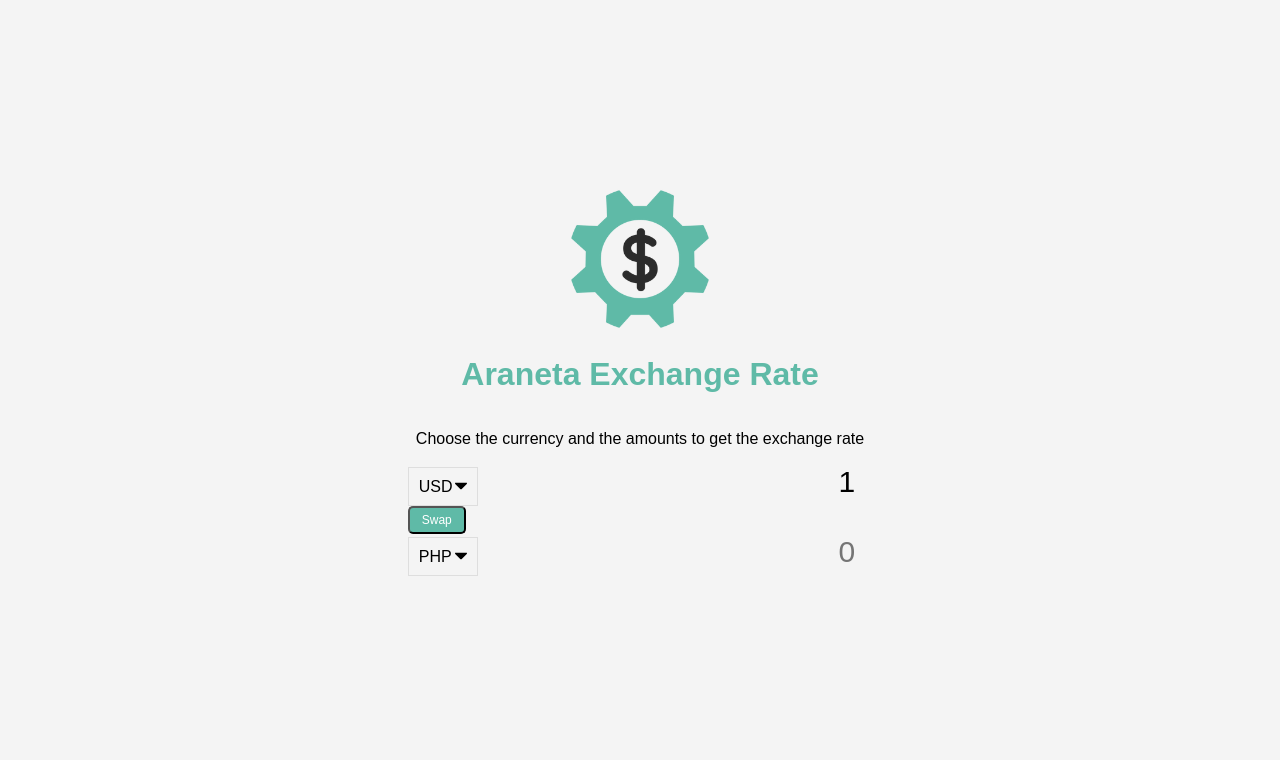
Repository: kenneth1175/ExchangeRateCalculator
Page: index.html
These files come from the project's save history. The page is drawn as it stood at one moment and after the next save; the edit follows.
The browser window is 1280 px wide. The pictures show the whole page.
The page's requests for data from a server got no answer.

Above is the page before, as saved 2025-10-04 23:37:06.

### index.html
<!DOCTYPE html>
<html lang="en">
  <head>
    <meta charset="UTF-8" />
    <meta name="viewport" content="width=device-width, initial-scale=1.0" />
    <title>Araneta Exchange Rate Calculator</title>
    <link rel="stylesheet" href="style.css" />
  </head>
  <body>
    <img src="./img/money.png" alt="logo" class="money-img" />
    <h1>Araneta Exchange Rate</h1>
    <p>Choose the currency and the amounts to get the exchange rate</p>

    <div class="container">
      <div class="currency">
        <select id="currency-one">
          <option value="AED">AED</option>
          <option value="ARS">ARS</option>
          <option value="AUD">AUD</option>
          <option value="BGN">BGN</option>
          <option value="BRL">BRL</option>
          <option value="BSD">BSD</option>
          <option value="CAD">CAD</option>
          <option value="CHF">CHF</option>
          <option value="CLP">CLP</option>
          <option value="CNY">CNY</option>
          <option value="COP">COP</option>
          <option value="CZK">CZK</option>
          <option value="DKK">DKK</option>
          <option value="DOP">DOP</option>
          <option value="EGP">EGP</option>
          <option value="EUR">EUR</option>
          <option value="FJD">FJD</option>
          <option value="GBP">GBP</option>
          <option value="GTQ">GTQ</option>
          <option value="HKD">HKD</option>
          <option value="HRK">HRK</option>
          <option value="HUF">HUF</option>
          <option value="IDR">IDR</option>
          <option value="ILS">ILS</option>
          <option value="INR">INR</option>
          <option value="ISK">ISK</option>
          <option value="JPY">JPY</option>
          <option value="KRW">KRW</option>
          <option value="KZT">KZT</option>
          <option value="MXN">MXN</option>
          <option value="MYR">MYR</option>
          <option value="NOK">NOK</option>
          <option value="NZD">NZD</option>
          <option value="PAB">PAB</option>
          <option value="PEN">PEN</option>
          <option value="PHP">PHP</option>
          <option value="PKR">PKR</option>
          <option value="PLN">PLN</option>
          <option value="PYG">PYG</option>
          <option value="RON">RON</option>
          <option value="RUB">RUB</option>
          <option value="SAR">SAR</option>
          <option value="SEK">SEK</option>
          <option value="SGD">SGD</option>
          <option value="THB">THB</option>
          <option value="TRY">TRY</option>
          <option value="TWD">TWD</option>
          <option value="UAH">UAH</option>
          <option value="USD" selected>USD</option>
          <option value="UYU">UYU</option>
          <option value="VND">VND</option>
          <option value="ZAR">ZAR</option>
        </select>
        <input type="number" id="amount-one" placeholder="0" value="1" />
      </div>

      <div class="swap-rate-container">
        <button class="btn" id="swap">Swap</button>
        <div class="rate" id="rate"></div>
      </div>

      <div class="currency">
        <select id="currency-two">
          <option value="AED">AED</option>
          <option value="ARS">ARS</option>
          <option value="AUD">AUD</option>
          <option value="BGN">BGN</option>
          <option value="BRL">BRL</option>
          <option value="BSD">BSD</option>
          <option value="CAD">CAD</option>
          <option value="CHF">CHF</option>
          <option value="CLP">CLP</option>
          <option value="CNY">CNY</option>
          <option value="COP">COP</option>
          <option value="CZK">CZK</option>
          <option value="DKK">DKK</option>
          <option value="DOP">DOP</option>
          <option value="EGP">EGP</option>
          <option value="EUR">EUR</option>
          <option value="FJD">FJD</option>
          <option value="GBP">GBP</option>
          <option value="GTQ">GTQ</option>
          <option value="HKD">HKD</option>
          <option value="HRK">HRK</option>
          <option value="HUF">HUF</option>
          <option value="IDR">IDR</option>
          <option value="ILS">ILS</option>
          <option value="INR">INR</option>
          <option value="ISK">ISK</option>
          <option value="JPY">JPY</option>
          <option value="KRW">KRW</option>
          <option value="KZT">KZT</option>
          <option value="MXN">MXN</option>
          <option value="MYR">MYR</option>
          <option value="NOK">NOK</option>
          <option value="NZD">NZD</option>
          <option value="PAB">PAB</option>
          <option value="PEN">PEN</option>
          <option value="PHP" selected>PHP</option>
          <option value="PKR">PKR</option>
          <option value="PLN">PLN</option>
          <option value="PYG">PYG</option>
          <option value="RON">RON</option>
          <option value="RUB">RUB</option>
          <option value="SAR">SAR</option>
          <option value="SEK">SEK</option>
          <option value="SGD">SGD</option>
          <option value="THB">THB</option>
          <option value="TRY">TRY</option>
          <option value="TWD">TWD</option>
          <option value="UAH">UAH</option>
          <option value="USD">USD</option>
          <option value="UYU">UYU</option>
          <option value="VND">VND</option>
          <option value="ZAR">ZAR</option>
        </select>
        <input type="number" id="amount-two" placeholder="0" />
      </div>
    <script src="script.js"></script>
  </body>
</html>

### style.css
/* Universal Code For The Color */

:root {
  --primary-color: #5fbaa7;
}

/* *********************************************** */
 {
  box-sizing: border-box;
}

body {
  background-color: #f4f4f4;
  font-family: Arial, Helvetica, sans-serif;
  display: flex;
  flex-direction: column;
  align-items: center;
  justify-content: center;
  height: 100vh;
  margin: 0;
  padding: 20px;
}

h1 {
  color: var(--primary-color);
}

p {
  text-align: center;
}

.btn {
  color: #fff;
  background: var(--primary-color);
  cursor: pointer;
  border-radius: 5px;
  font-size: 12px;
  padding: 5px 12px;
}

.money-img {
  width: 150px;
}
*/ .currency {
  padding: 40px 0;
  display: flex;
  align-items: center;
  justify-content: space-between;
}

.currency select {
  padding: 10px 20px 10px 10px;
  -moz-appearance: none;
  -webkit-appearance: none;
  appearance: none;
  border: 1px solid #dedede;
  font-size: 16px;
  background: transparent;
  background-image: url("data:[embedded picture, 475 characters]");
  background-position: right 10px top 50%, 0, 0;
  background-size: 12px auto, 100%;
  background-repeat: no-repeat;
}

.currency input {
  border: 0;
  background: transparent;
  font-size: 30px;
  text-align: right;
}

.swap-rate-container {
  display: flex;
  align-items: center;
  justify-content: space-between;
}

.rate {
  color: var(--primary-color);
  font-size: 14px;
  padding: 0 10px;
}
*/ Gets rid of outline on buttons */ select:focus,
input:focus,
button:focus {
  outline: 0;
}

@media (max-width: 600px) {
  .currency input {
    width: 200px;
  }
}

### script.js
const currencyEl_one = document.getElementById("currency-one");
const amountEl_one = document.getElementById("amount-one");
const currencyEl_two = document.getElementById("currency-two");
const amountEl_two = document.getElementById("amount-two");

const rateEl = document.getElementById("rate");
const swap = document.getElementById("swap");

// Fetch exchange rates and update the DOM
function calculate() {
  const currency_one = currencyEl_one.value;
  const currency_two = currencyEl_two.value;
  // console.log(currency_one, currency_two);

  fetch(
    // `https://v6.exchangerate-api.com/v6/65204067a11028042ce4d3fc/latest/${currency_one}`
    `https://api.exchangerate-api.com/v4/latest/${currency_one}`
  )
    .then((res) => res.json())
    .then((data) => {
      const rate = data.rates[currency_two];

      rateEl.innerText = `1 ${currency_one} = ${rate} ${currency_two}`;

      amountEl_two.value = (amountEl_one.value * rate).toFixed(2);
    });
}

// Event Listeners
currencyEl_one.addEventListener("change", calculate);
amountEl_one.addEventListener("input", calculate);
currencyEl_two.addEventListener("change", calculate);
amountEl_two.addEventListener("input", calculate);

swap.addEventListener("click", () => {
  const temp = currencyEl_one.value;
  currencyEl_one.value = currencyEl_two.value;
  currencyEl_two.value = temp;
  calculate();
});

calculate();

After the next save:
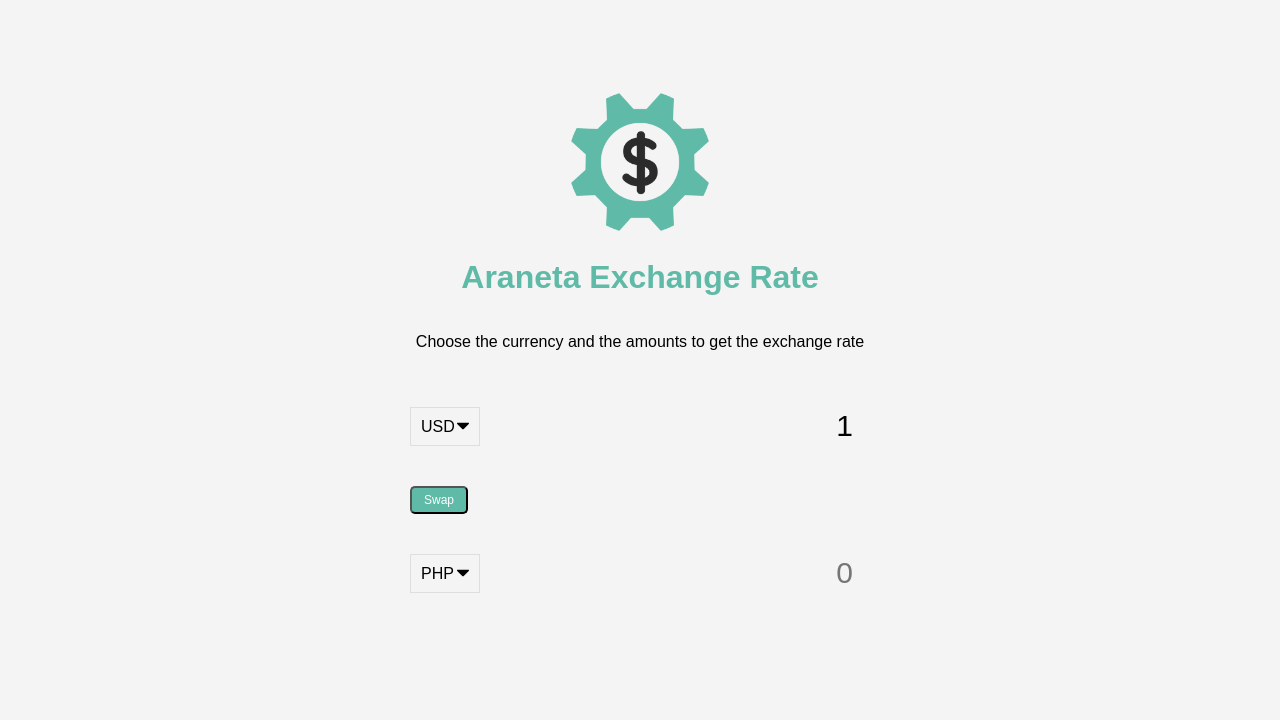
Saved 48 s later.
--- a/style.css
+++ b/style.css
@@ -5,7 +5,7 @@
 }
 
 /* *********************************************** */
- {
+* {
   box-sizing: border-box;
 }
 
@@ -41,7 +41,8 @@ p {
 .money-img {
   width: 150px;
 }
-*/ .currency {
+
+.currency {
   padding: 40px 0;
   display: flex;
   align-items: center;
